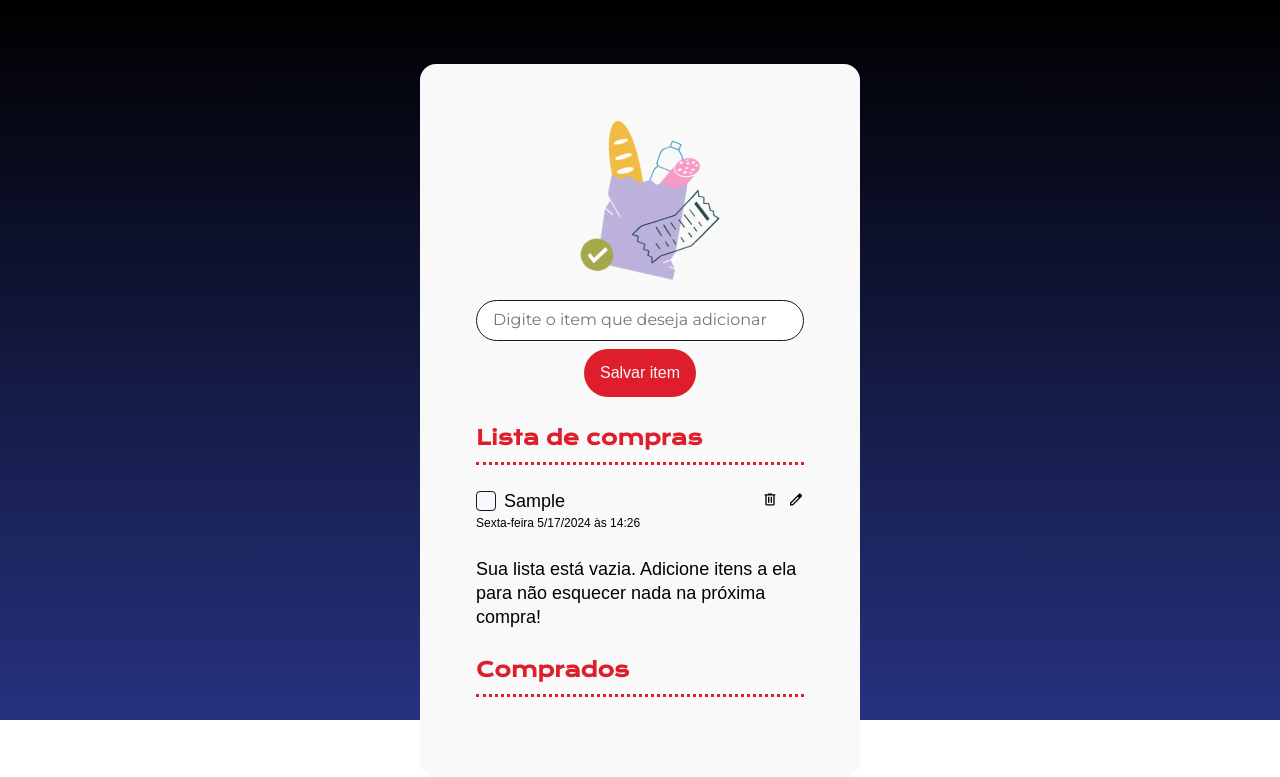
Repository: joaoPraiaJunior/compras_js
Page: index.html
These files come from the project's save history. The page is drawn as it stood at one moment and after the next save; the edit follows.
The browser window is 1280 px wide. The pictures show the whole page.
Empty fields were first filled with sample values (such as "Sample", 5 or name@example.com).
After loading, the first visible `form.compras` was submitted once.
Some web fonts or font styles are not loaded; a fallback is used.

Above is the page before, as saved 2024-08-23 17:41:27.

After the next save:
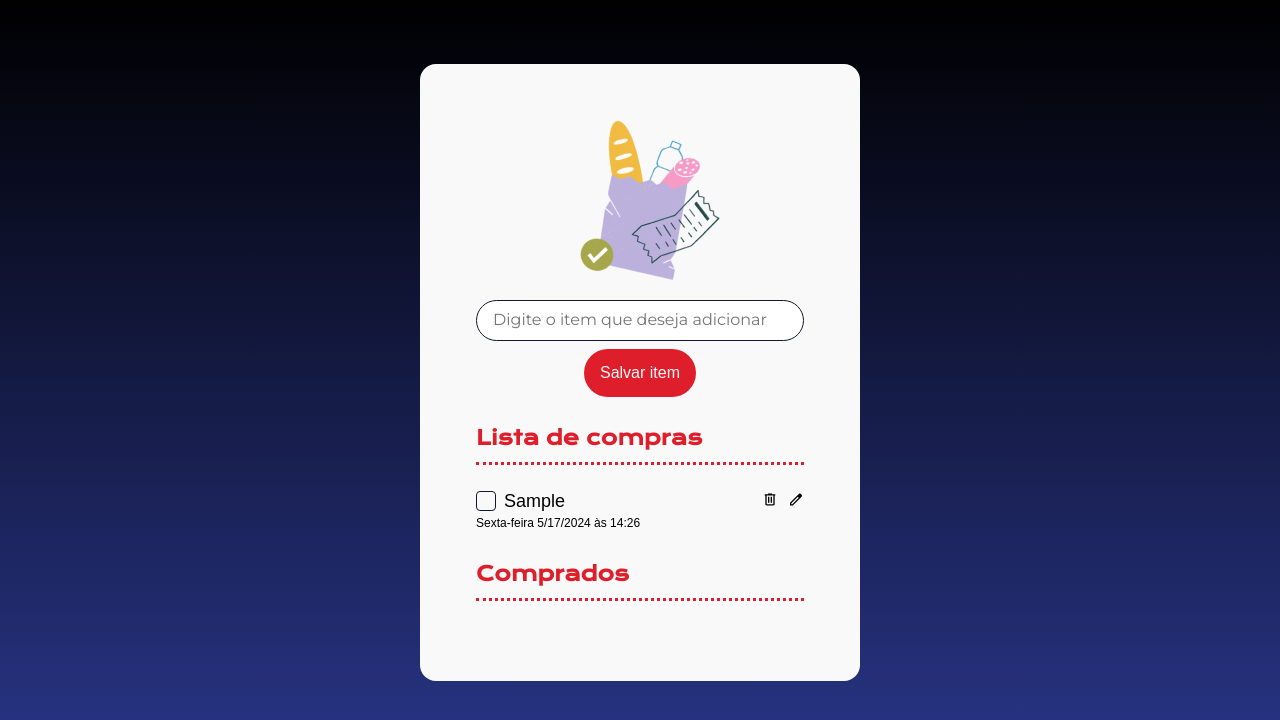
Saved 7 min 15 s later.
--- a/js/modulos/adicionarItemDeCompra.js
+++ b/js/modulos/adicionarItemDeCompra.js
@@ -1,4 +1,5 @@
 import criarItemDaLista from './criarItemDaLista.js';
+import mensagemListaVazia from './mensagemListaVazia.js';
 
 let contadorDeItens = 0;
 
@@ -17,6 +18,7 @@ function adicionarItemDeCompra(evento) {
     inputDoItem.value = '';
     contadorDeItens++;
     listaDeCompras.appendChild(criarItemDaLista(itemDeCompra, contadorDeItens));
+    mensagemListaVazia(listaDeCompras);
 }
 
 export default adicionarItemDeCompra;
